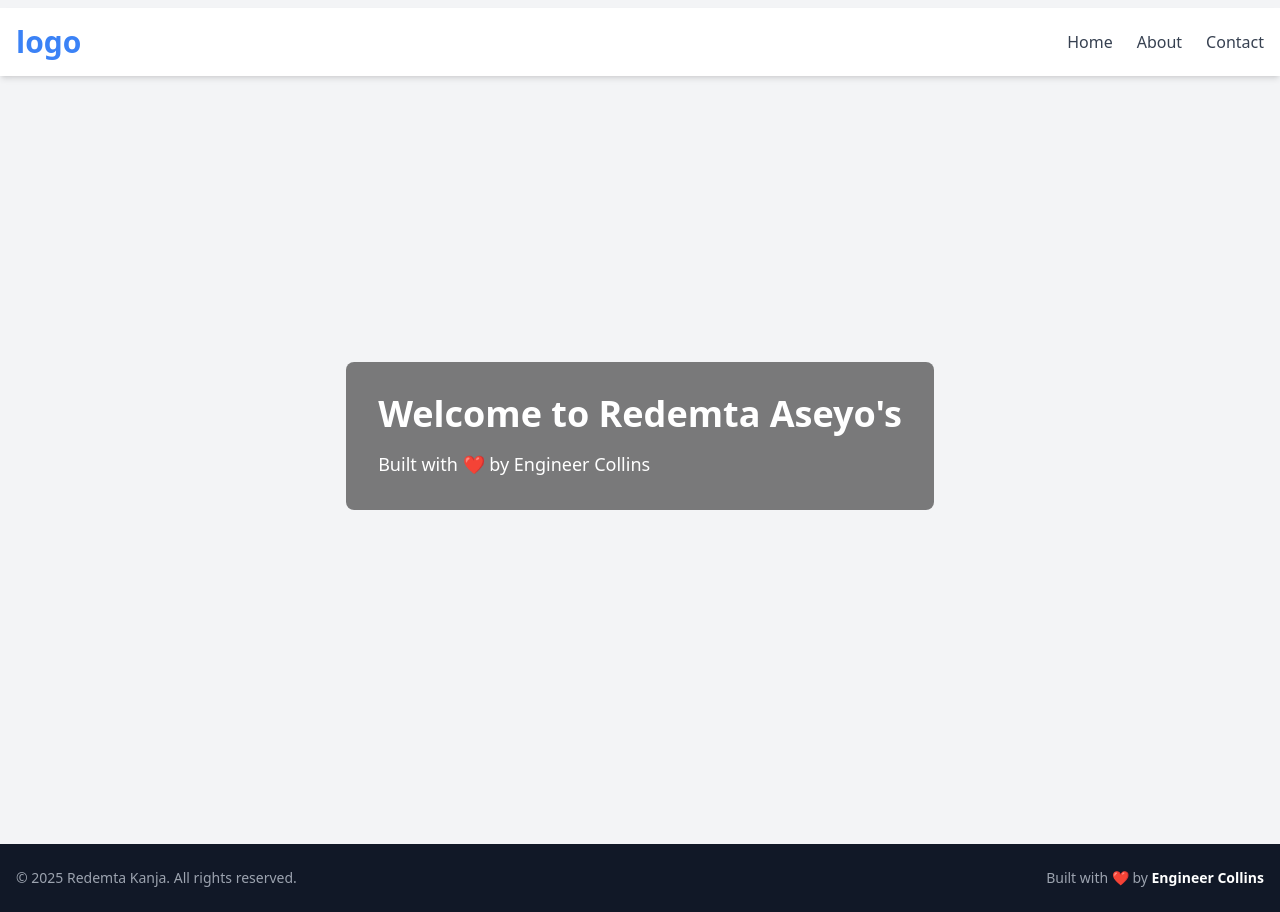
Repository: Engineer-collo/Redemta-Kanja-s-website
Page: /
These files come from the project's save history. The page is drawn as it stood at one moment and after a run of saves; the edit follows.
The browser window is 1280 px wide. The pictures show the whole page.
The project was rebuilt for these pictures with package versions that can differ from the ones it lists, and the page was loaded fresh each time. Also part of the build but not shown: vite.config.js, src/pages/About.jsx, src/pages/Contact.jsx.

Above is the page before, as saved 2025-05-17 20:26:36.
Not found: home-bg.jpg

### index.html
<!DOCTYPE html>
<html lang="en">
<head>
  <meta charset="UTF-8">
  <meta name="viewport" content="width=device-width, initial-scale=1.0">
  <title>React Vite Starter</title>
</head>
<body class="bg-gray-100">
  <div id="root"></div>
  <script type="module" src="/src/main.jsx"></script>
</body>
</html>

### src/main.jsx
import React from 'react'
import ReactDOM from 'react-dom/client'
import './index.css'
import App from './App'

ReactDOM.createRoot(document.getElementById('root')).render(
  <React.StrictMode>
    <App />
  </React.StrictMode>,
)

### src/App.jsx
import { BrowserRouter as Router, Route, Routes } from "react-router-dom";
import Home from "./pages/Home";
import About from "./pages/About";
import Contact from "./pages/Contact";
import Footer from "./components/Footer";
import Navbar from "./components/Navbar";

function App() {
  return (
    <Router>
      <Navbar/>
      <Routes>
        <Route path="/" element={<Home/>} />
        <Route path="/about" element={<About />} />
        <Route path="/contact" element={<Contact />} />
      </Routes>
    <Footer/>
    </Router>
  );
}

export default App;

### src/pages/Home.jsx
const Home = () => {
    return (
      <div
        className="bg-[url('/home-bg.jpg')] bg-cover bg-center min-h-screen flex items-center justify-center text-white"
      >
        <div className="bg-black bg-opacity-50 p-8 rounded-lg">
          <h1 className="text-4xl font-bold mb-4">Welcome to Redemta Aseyo's </h1>
          <p className="text-lg">Built with ❤️ by Engineer Collins</p>
        </div>
      </div>
    );
  };

  export default Home;

### src/components/Footer.jsx
const Footer = () => {
    return(
        <>
        <footer className="bg-gray-900 text-white py-6 mt-12">
  <div className="max-w-7xl mx-auto px-4 flex flex-col md:flex-row justify-between items-center space-y-4 md:space-y-0">
    <p className="text-sm text-gray-400">
      &copy; {new Date().getFullYear()} Redemta Kanja. All rights reserved.
    </p>
    <p className="text-sm text-gray-400">
      Built with ❤️ by <span className="text-white font-semibold">Engineer Collins</span>
    </p>


  </div>
</footer>

        </>
    )
}

export default Footer

### src/components/Navbar.jsx
import React, { useState } from 'react';
import { Link } from 'react-router-dom';

const Navbar = () => {
  const [isOpen, setIsOpen] = useState(false);

  const toggleMenu = () => setIsOpen(!isOpen);

  return (
    <header className=" mt-2 bg-white shadow-md">
      <div className="max-w-7xl mx-auto px-4 py-4 flex justify-between items-center">
        <h1 className="text-3xl font-bold text-gray-800"><Link to="/" className="hover:text-blue-500 text-gray-700 transition"><span className='text-blue-500'>logo</span></Link>
        </h1>

        {/* Desktop nav */}
        <nav className="space-x-6 hidden md:flex">
        <Link to="/" className="hover:text-blue-500 text-gray-700 transition">Home</Link>
          <Link to="/about" className="hover:text-blue-500 text-gray-700 transition">About</Link>
          <Link to="/contact" className="hover:text-blue-500 text-gray-700 transition">Contact</Link>
        </nav>

        {/* Mobile menu toggle */}
        <div className="md:hidden">
          <button onClick={toggleMenu} className="text-gray-700 focus:outline-none">
            <svg className="h-6 w-6" fill="none" stroke="currentColor" strokeWidth="2" viewBox="0 0 24 24">
              <path strokeLinecap="round" strokeLinejoin="round" d={isOpen ? 'M6 18L18 6M6 6l12 12' : 'M4 6h16M4 12h16M4 18h16'} />
            </svg>
          </button>
        </div>
      </div>

      {/* Mobile nav links */}
      {isOpen && (
        <nav className="md:hidden px-4 pb-4 space-y-2">
          <Link to="/about" className="block text-gray-700 hover:text-blue-500">About</Link>
          <Link to="/contact" className="block text-gray-700 hover:text-blue-500">Contact</Link>
        </nav>
      )}
    </header>
  );
};

export default Navbar;

Loaded but not shown: src/index.css (common file); tailwind.config.js (common file)

After the next 2 saves:
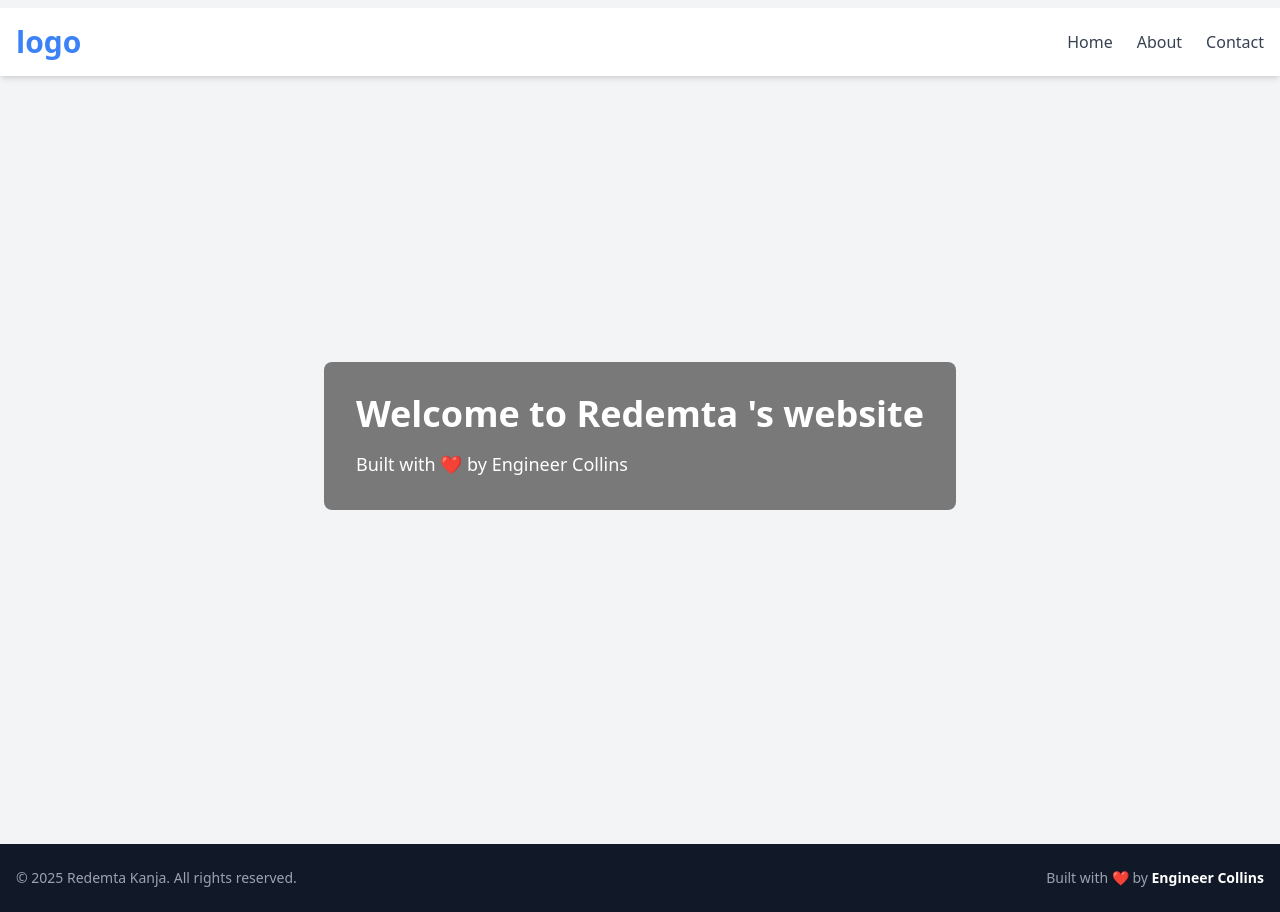
The 2 saves are shown as one change because they came seconds apart.
The last was saved 7 s later.
--- a/src/pages/Home.jsx
+++ b/src/pages/Home.jsx
@@ -4,7 +4,7 @@ const Home = () => {
         className="bg-[url('/home-bg.jpg')] bg-cover bg-center min-h-screen flex items-center justify-center text-white"
       >
         <div className="bg-black bg-opacity-50 p-8 rounded-lg">
-          <h1 className="text-4xl font-bold mb-4">Welcome to Redemta Aseyo's </h1>
+          <h1 className="text-4xl font-bold mb-4">Welcome to Redemta 's website</h1>
           <p className="text-lg">Built with ❤️ by Engineer Collins</p>
         </div>
       </div>
